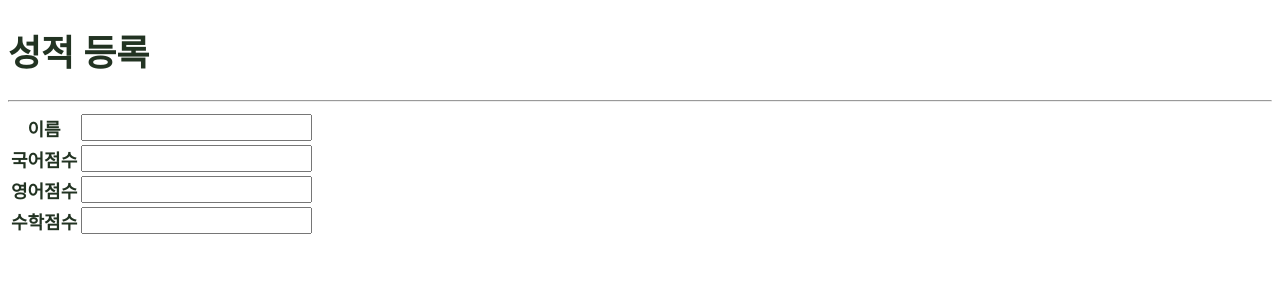
Repository: god5228god/Jsp
Page: WebApp06/WebContent/Send02.html
These files come from the project's save history. The page is drawn as it stood at one moment and after the next save; the edit follows.
The browser window is 1280 px wide. The pictures show the whole page.

Above is the page before, as saved 2026-02-27 08:39:38.

### WebApp06/WebContent/Send02.html
<!DOCTYPE html>
<html>
<head>
<meta charset="UTF-8">
<title>Send02.html</title>
<link rel="stylesheet" type="text/css" href="css/main.css" />
</head>
<body>
<!--
	○ 데이터 송수신 실습

	- 이름과 국어점수, 영어점수, 수학점수를 입력받는 html 페이지를 구성한다.

		이름 		 [ textbox  ] 	← 정세찬
		국어점수 	 [ textbox	] 	← 98
		영어점수 	 [ textbox	] 	← 72
		수학점수 	 [ textbox	] 	← 65

		< 성적 등록 > 			→ button

	- 성적 등록 버튼 클릭 시
		『정세찬님, 성적 등록이 완료되었습니다.
		  회원님의 점수는 국어 98, 영어 72, 수학 65점 입니다.
		  총점은 xxx점, 평균은 xxx.x점 입니다.』
	  라는 내용을 출력하는 JSP 페이지를 전달할 수 있도록 한다.

	- 사용자 최초 요청 주소
		http://localhost:3306/WebApp06/Send02.html

	- 물리적 파일 구성
	 · Send02.html
	 · Receive02.jsp
 -->
  <div>
 	<h1>성적 등록</h1>
 	<hr />
 </div>
 <div>
 	<form action="WebApp06/Receive02.jsp">
 		<table>
 			<tr>
 				<th>이름</th>
 				<td>
 					<input type="text" name="userName" class="txt" />
 				</td>
 			</tr>
 			<tr>
 				<th>국어점수</th>
 				<td>
 					<input type="text" name="kor" class="txt" />
 				</td>
 			</tr>
 			<tr>
 				<th>영어점수</th>
 				<td>
 					<input type="text" name="eng" class="txt" />
 				</td>
 			</tr>
 			<tr>
 				<th>수학점수</th>
 				<td>
 					<input type="text" name="mat" class="txt" />
 				</td>
 			</tr>
 		</table>
 	</form>
 </div>
</body>
</html>

### WebApp06/WebContent/css/main.css
@charset "UTF-8";

*
{
	color: #223322;
	font-family: 나눔고딕코딩;
}

body, p, div, span, input, table, th, td, select
{
	font-size: 18px;
}

.control
{
	border: 1px solid gray;
	border-radius: 3px ;
}

.table
{
	border-collapse: collapse;
	width: 100%;
}

.table th, .table td
{
	border: 1px solid gray;
	border-left: 0;
	border-right: 0;
	padding: 3px;
	line-height: 150%;
}

.table th
{
	font-weight: bold;
	background-color: #eee;
}

.btn
{
	font-weight: bold;
	font-family: 맑은 고딕;

}

.btn:hover
{
	color: #fff;
	background-color: #778877;
}
input[type="text"]:focus
{
	background-color: #dcfccf;
}

After the next save:
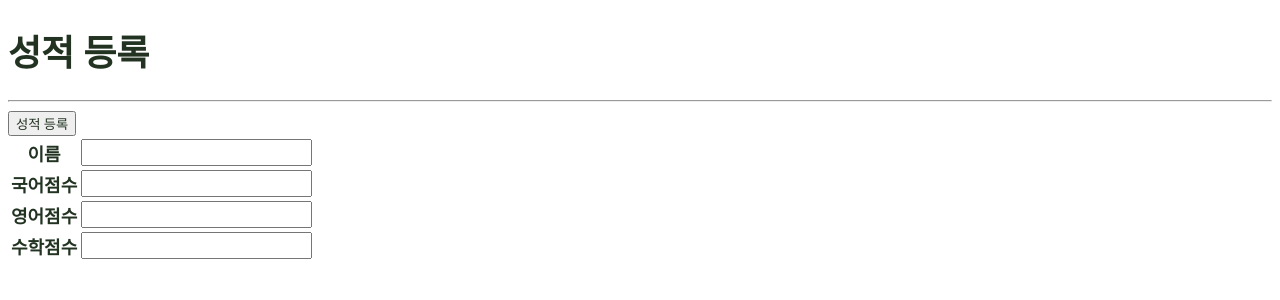
Saved 33 s later.
--- a/WebApp06/WebContent/Send02.html
+++ b/WebApp06/WebContent/Send02.html
@@ -62,6 +62,9 @@
  					<input type="text" name="mat" class="txt" />
  				</td>
  			</tr>
+ 			<tr>
+ 				<button type="submit" >성적 등록</button>
+ 			</tr>
  		</table>
  	</form>
  </div>
